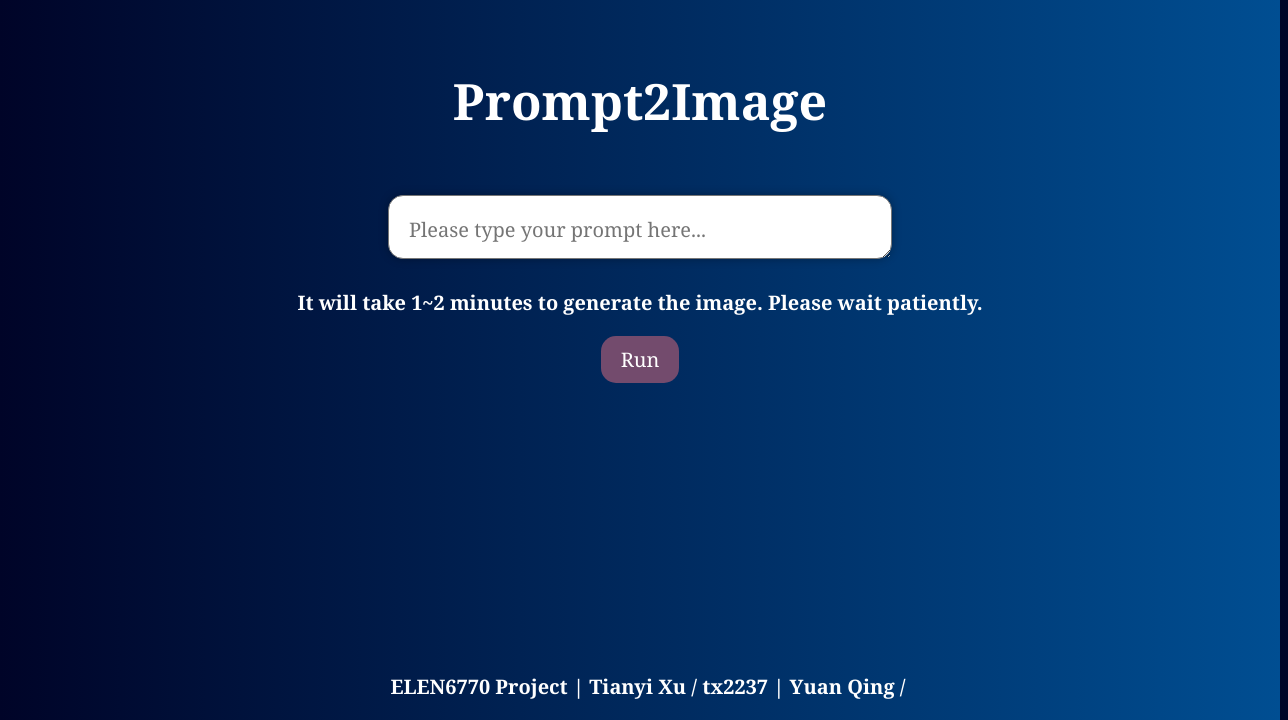
Repository: XTTTZ/Prompt2Image
Page: main3.html
The author's editor kept a copy of each file at every save. The page is drawn from the files as they stood at one save, then again after the next save.
The browser window is 1280 px wide. The page is 1288 px wide, then 1280 px, so the pictures cover 1288 px, including what lies to the right of the window. The pictures show the whole page.
The page's requests for data from a server got no answer.

Above is the page before, as saved 2023-11-30 22:03:21.

After the next save:
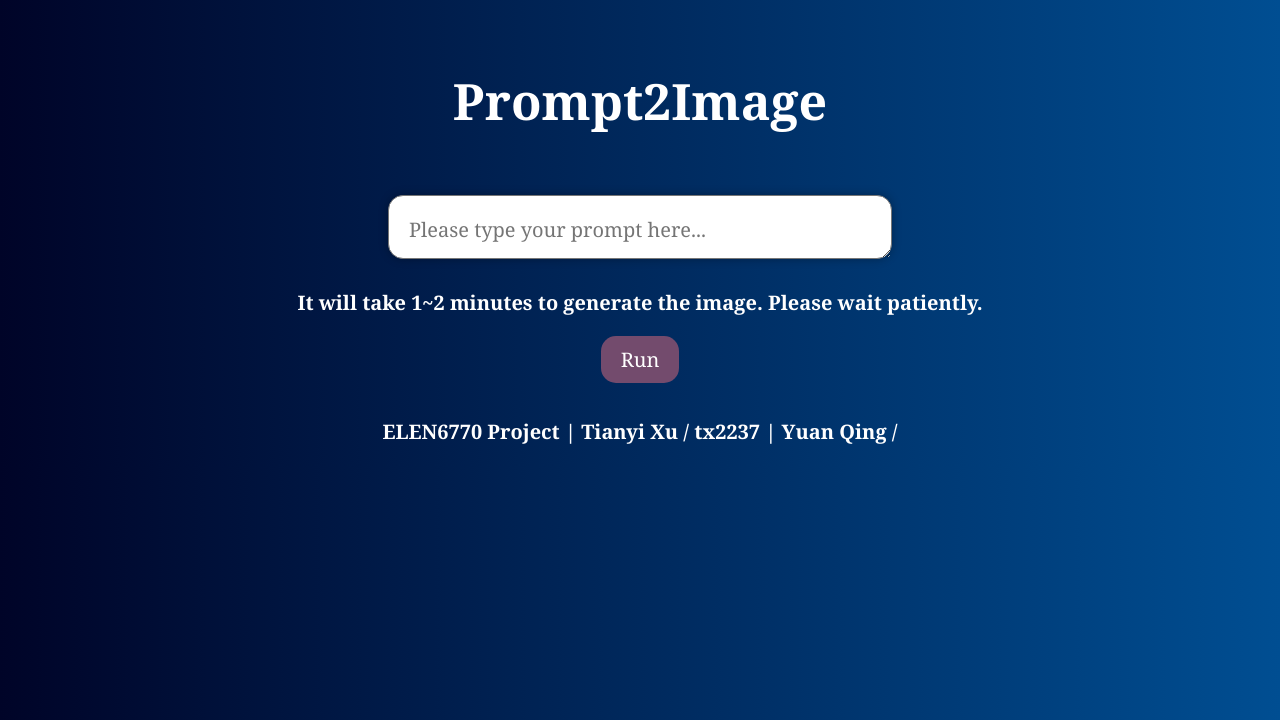
Saved 46 min 25 s later.
--- a/main3.html
+++ b/main3.html
@@ -119,7 +119,7 @@
         <button id="downloadButton" onclick="downloadImages()" style="display:none">Download Images</button>
     </form>
 
-    <label style="position:absolute; bottom:0; text-align: center;width:100%">
+    <label style="position:bottom; bottom:0; text-align: center;width:100%">
         <p>ELEN6770 Project | Tianyi Xu / tx2237 | Yuan Qing / </p>
     </label>
 
